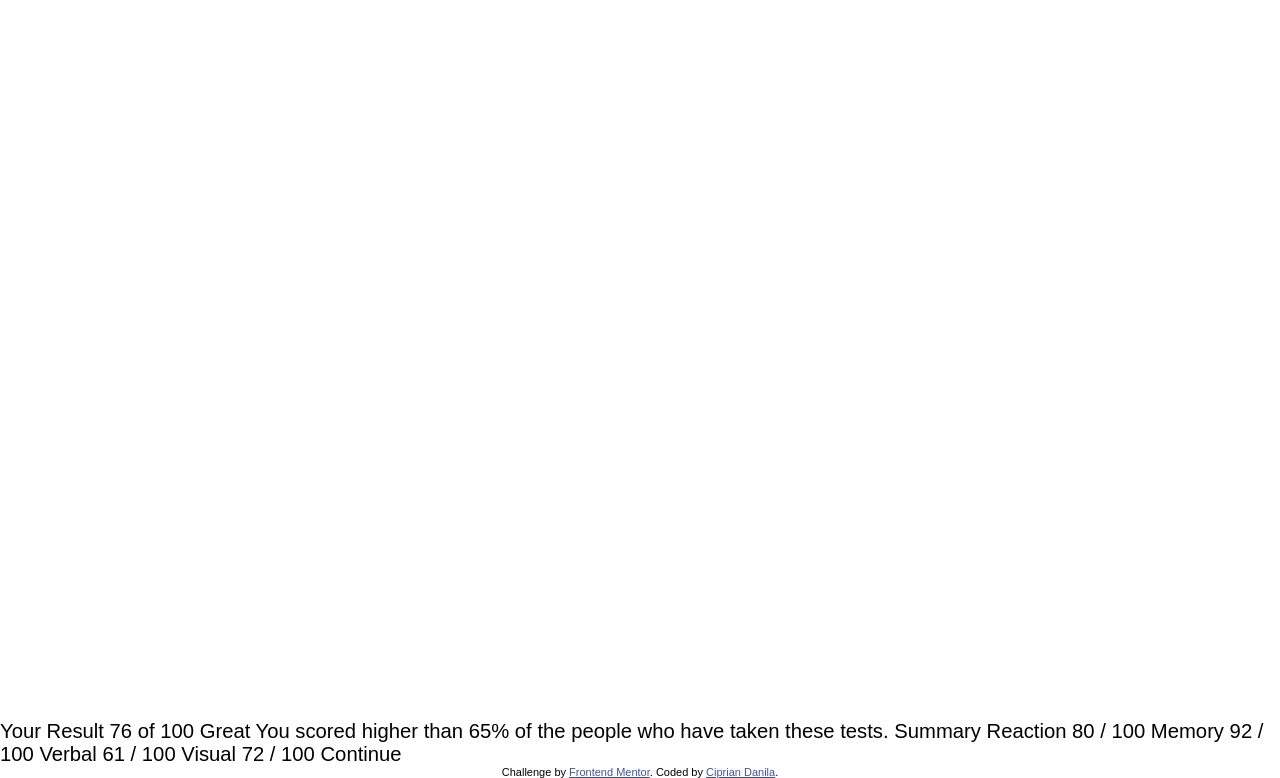
Repository: cipdanila/results-summary-component
Page: index.html
These files come from the project's save history. The page is drawn as it stood at one moment and after the next save; the edit follows.
The browser window is 1280 px wide. The pictures show the whole page.

Above is the page before, as saved 2024-02-01 20:08:19.

After the next save:
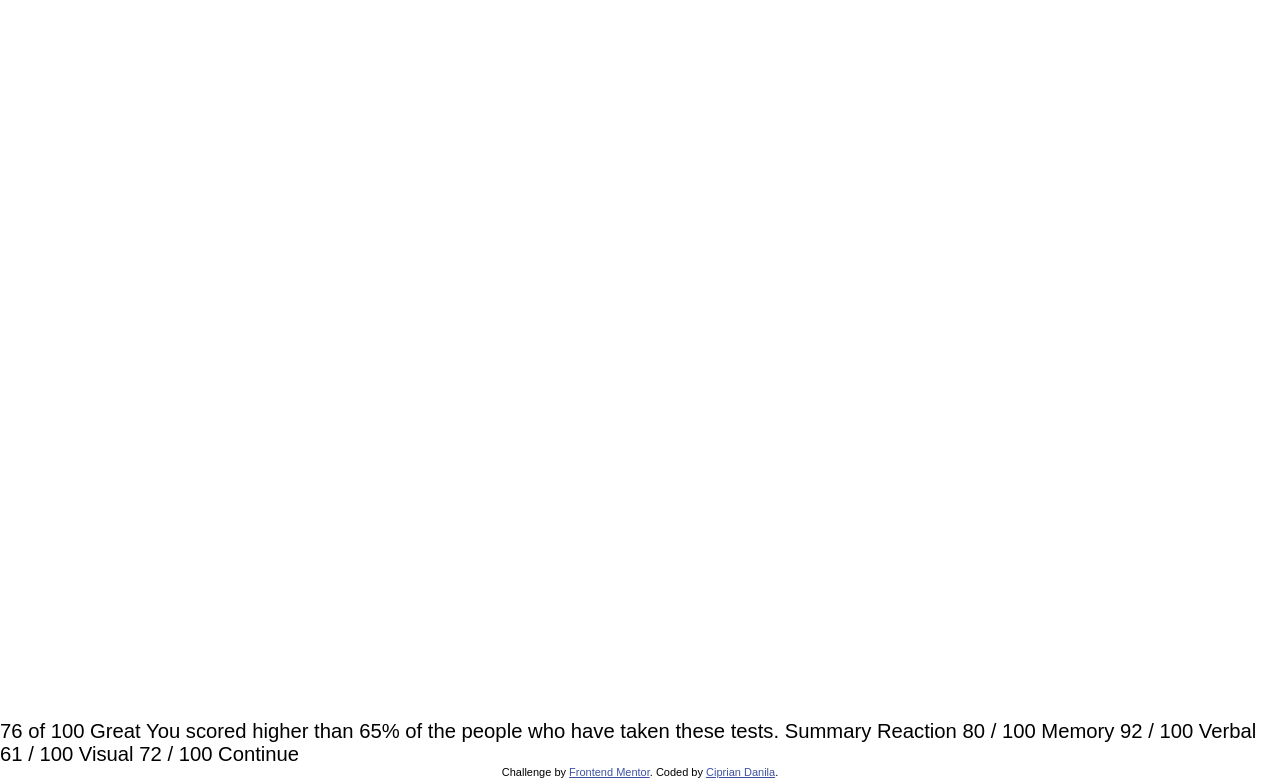
Saved 13 s later.
--- a/index.html
+++ b/index.html
@@ -21,7 +21,7 @@
     </div>
   </main>
 
-  Your Result
+
   76
   of 100
 
